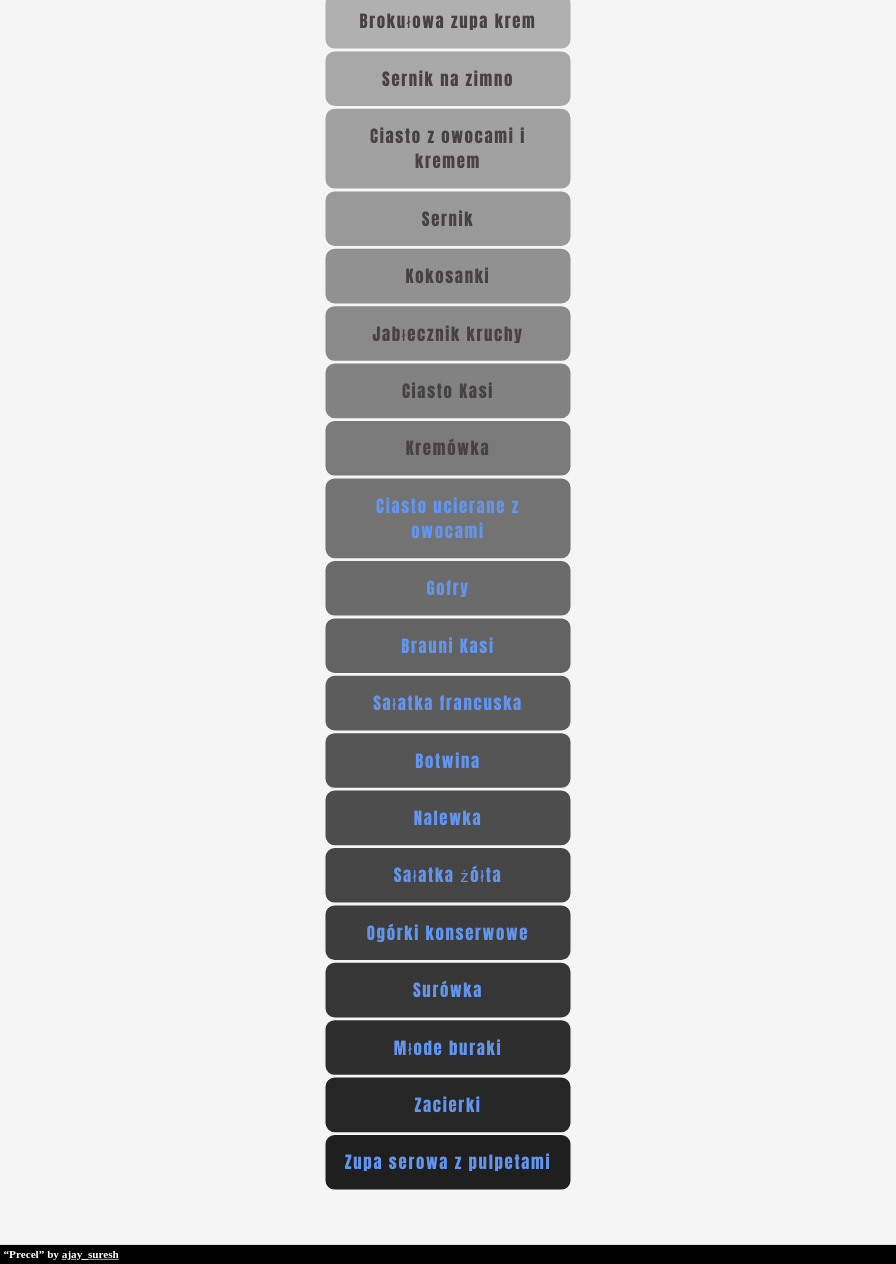
Repository: yaoayh/przepisy
Page: index.html
An editor plug-in stored every save of this project. The page is shown before and after the next save, followed by the edit.
The browser window is 1280 px wide. The pictures show the part of the page from y = 1399 to 3319 px (the page is 3205 px tall before and 3319 px after), at 70% of full size.

Above is the page before, as saved 2020-08-13 01:38:38.

After the next save:
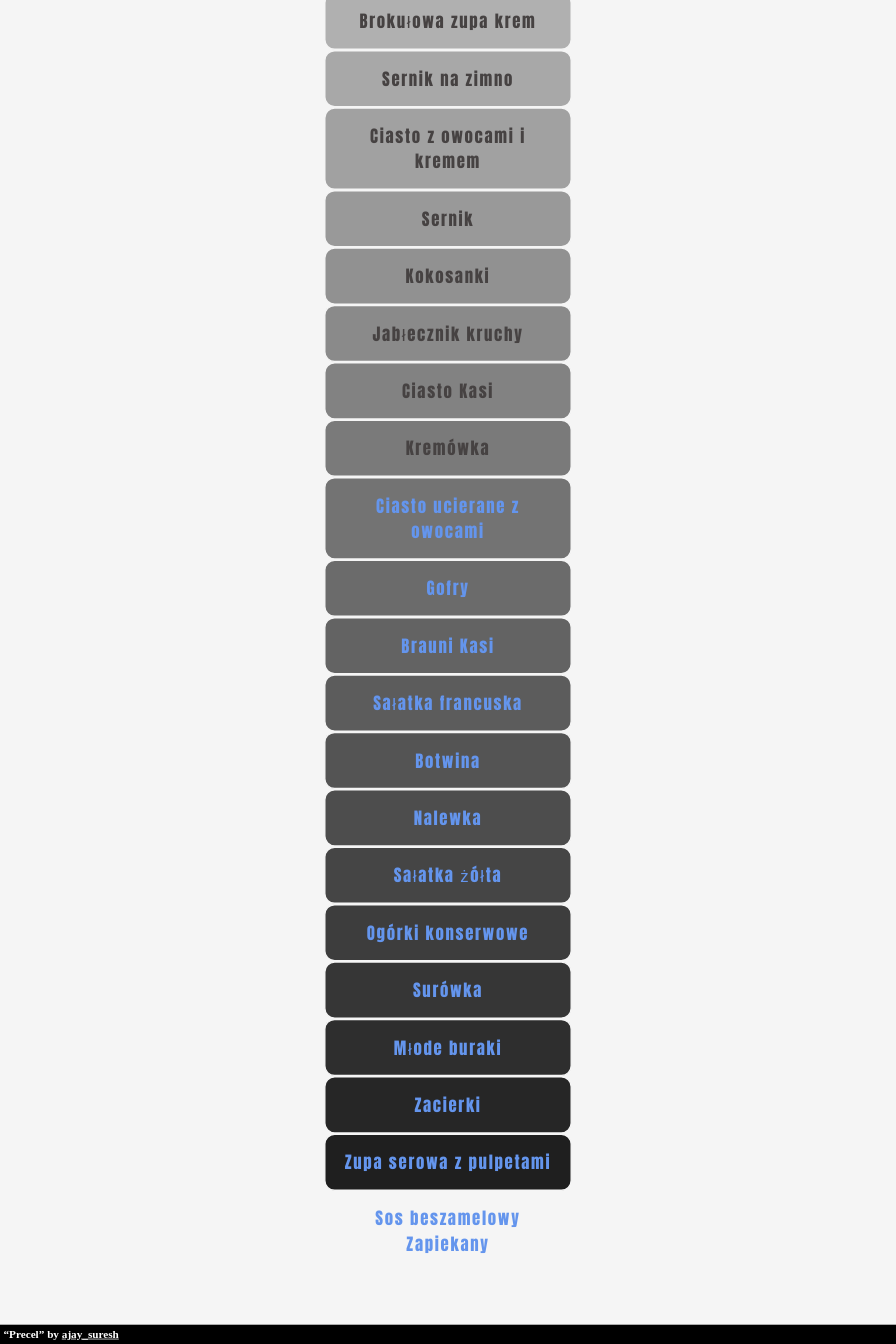
Saved 4 min 24 s later.
--- a/index.html
+++ b/index.html
@@ -95,6 +95,11 @@
             <div class="n25"><p class="p1">Młode buraki</p></div>
             <a href="podstrony/zacierki.html"><div class="n26"><p class="p1">Zacierki</p></div></a>
             <div class="n27"><p class="p1">Zupa serowa z pulpetami</p></div>
+            <a href="podstrony/sos_beszamelowy_zapiekany.html">
+                <div class="n28">
+                    <p class="p1">Sos beszamelowy Zapiekany</p>
+                </div>
+            </a>
             <br>
 
         </form>
